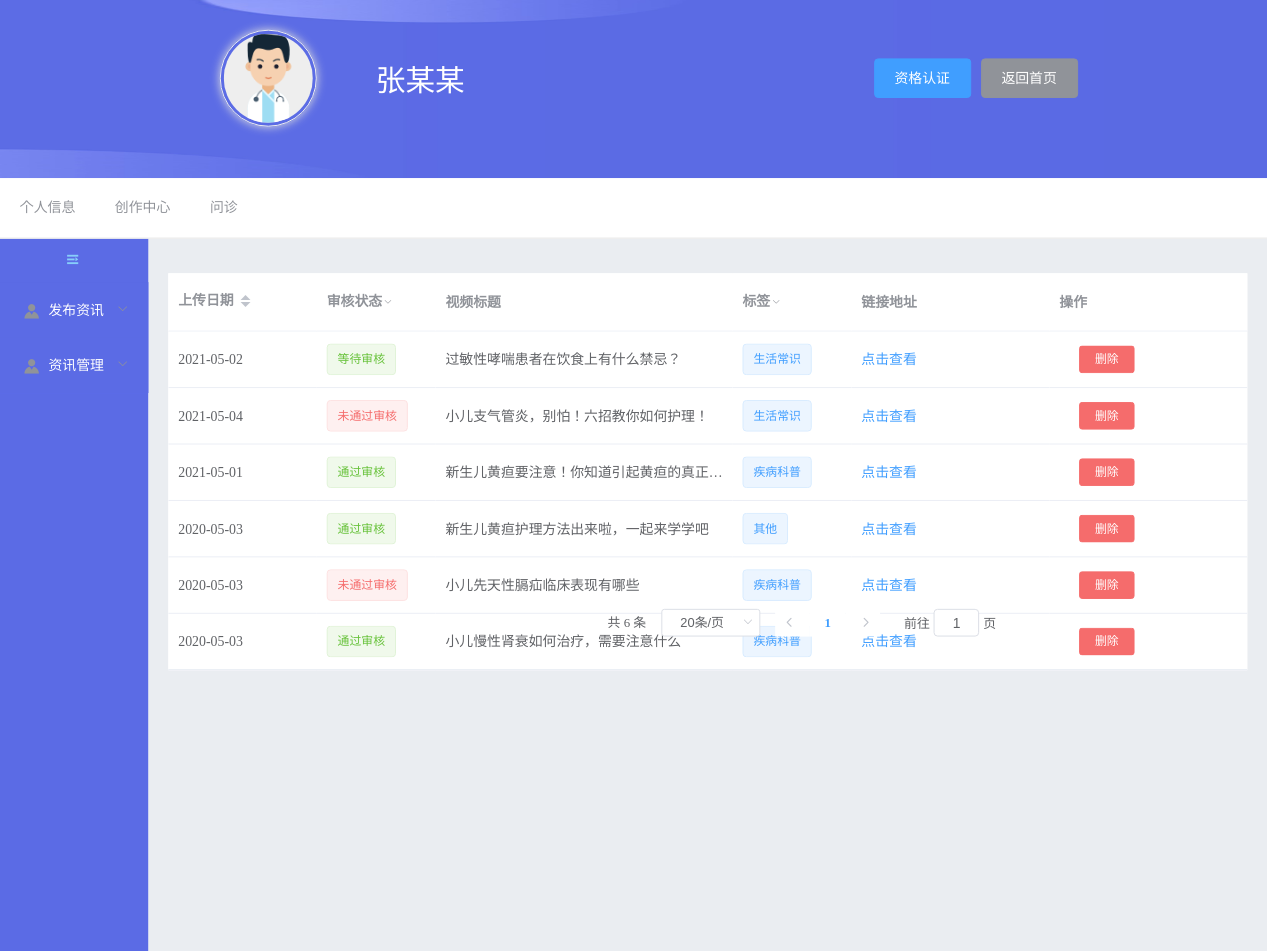
Repository: DiscreteL/SOA_Front
Page: /#/manageVideo
These files come from the project's save history. The page is drawn as it stood at one moment and after the next save; the edit follows.
The browser window is 1280 px wide. The pictures show the whole page, at 99% of full size.
The project was rebuilt for these pictures with package versions that can differ from the ones it lists, and the page was loaded fresh each time. Also part of the build but not shown: vue.config.js, src/components/navigation.vue, src/components/dialog.vue, src/views/news.vue, src/components/announcement.vue, src/components/patientKnow.vue, src/views/Home.vue, src/views/login.vue and 15 more.

Above is the page before, as saved 2021-11-29 16:25:45.

After the next save:
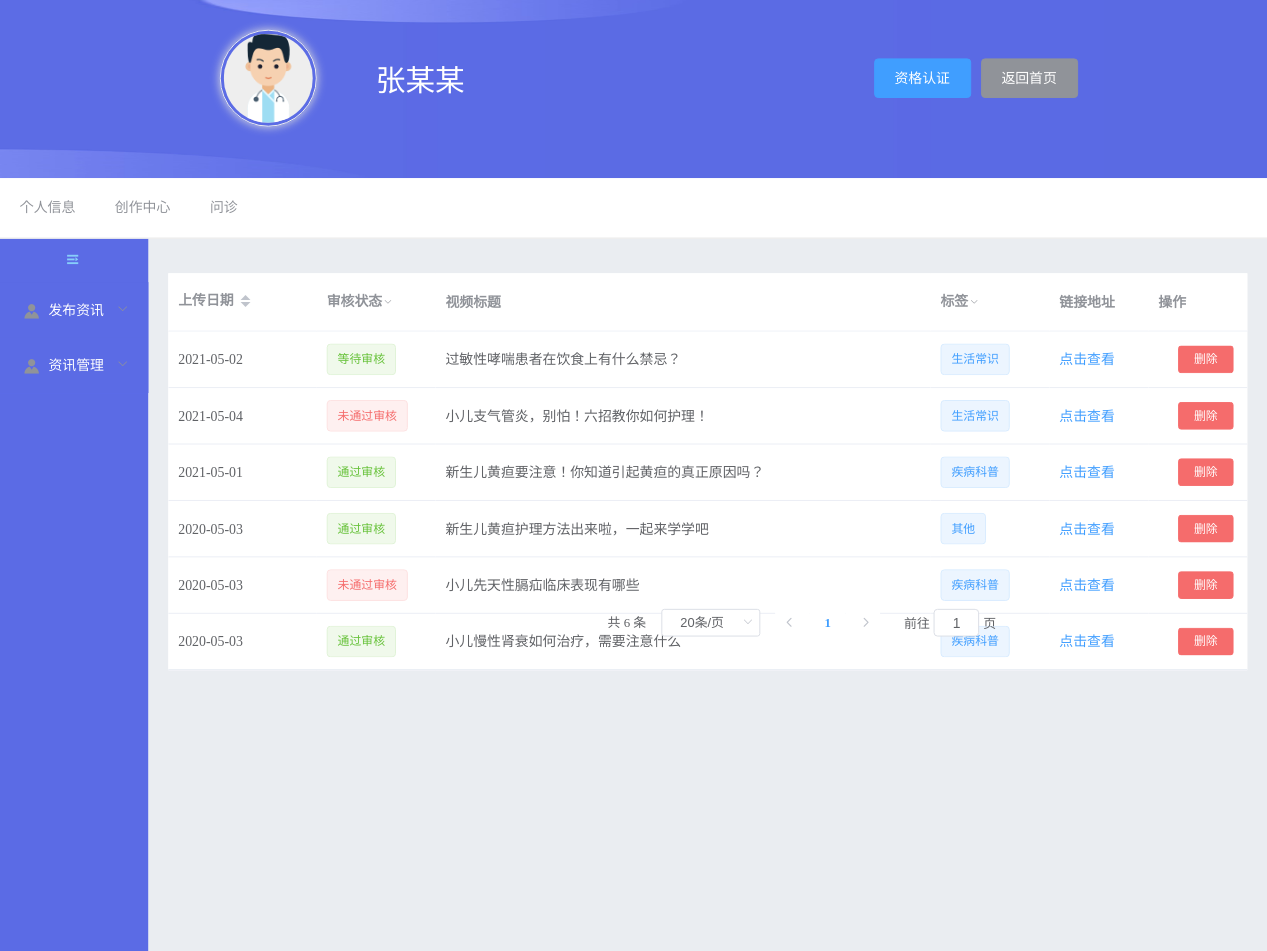
Saved 11 s later.
--- a/src/views/doctor/message/manageVideo.vue
+++ b/src/views/doctor/message/manageVideo.vue
@@ -40,7 +40,7 @@
         <el-table-column
           prop="title"
           label="视频标题"
-          width="300"
+          width="500"
           :show-overflow-tooltip="true"
         >
         </el-table-column>
